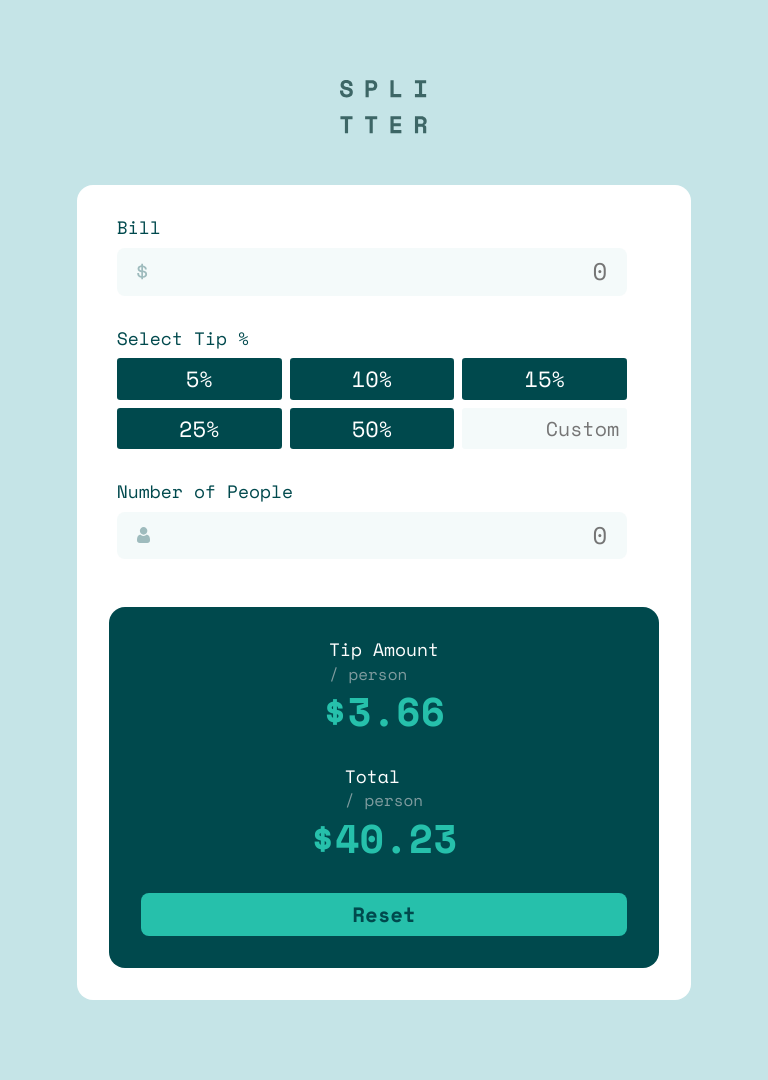
Repository: Jay-JYKim91/FM_tip-calculator
Page: index.html
An editor plug-in stored every save of this project. The page is shown before and after the next save, followed by the edit.
The browser window is 768 px wide. The pictures show the whole page.

Above is the page before, as saved 2021-12-23 13:12:59.

### index.html
<!DOCTYPE html>
<html lang="en">
<head>
  <meta charset="UTF-8">
  <meta name="viewport" content="width=device-width, initial-scale=1.0"> <!-- displays site properly based on user's device -->

  <link rel="icon" type="image/png" sizes="32x32" href="./images/favicon-32x32.png">

  <title>Tip calculator</title>
  <link rel="preconnect" href="https://fonts.googleapis.com">
  <link rel="preconnect" href="https://fonts.gstatic.com" crossorigin>
  <link href="https://fonts.googleapis.com/css2?family=Space+Mono:wght@400;700&display=swap" rel="stylesheet">
  <link rel="stylesheet" href="https://cdnjs.cloudflare.com/ajax/libs/normalize/8.0.1/normalize.min.css" integrity="sha512-NhSC1YmyruXifcj/KFRWoC561YpHpc5Jtzgvbuzx5VozKpWvQ+4nXhPdFgmx8xqexRcpAglTj9sIBWINXa8x5w==" crossorigin="anonymous" referrerpolicy="no-referrer" />
  <link rel="stylesheet" href="style.css">
  <script src="main.js" defer></script>

</head>
<body>
  <main class="container">
    <header>
      <img src="./images/logo.svg" alt="logo">
    </header>
    <section class="calculator_wrapper">
      <article class="input_wrapper">
        <div>
          <p class="title">Bill</p>
          <input type="tel" placeholder="0" class="input_box" id="billInput">
        </div>
        <div>
          <p class="title">Select Tip %</p>
          <div class="tip_options">
            <button class="tip_option">5%</button>
            <button class="tip_option">10%</button>
            <button class="tip_option">15%</button>
            <button class="tip_option">25%</button>
            <button class="tip_option">50%</button>
            <input type="tel" id="custom_tip" class="tip_option" placeholder="Custom" autocomplete="off">
          </div>
        </div>
        <div>
          <p class="title">Number of People</p>
          <input type="tel" placeholder="0" class="input_box" id="peopleInput">
          </div>
        </div>
      </article>
      <article class="result_wrapper">
        <div class="result_rows">
          <div class="result_row">
            <div class="result_title_wrapper">
              <p class="title">Tip Amount</p>
              <p class="subtitle">/ person</p>
            </div>
            <p id="tipAmountPrice" class="display_result">$3.66</p>
          </div>
          <div class="result_row">
            <div class="result_title_wrapper">
              <p class="title">Total</p>
              <p class="subtitle">/ person</p>
            </div>
            <p id="totalPrice" class="display_result">$40.23</p>
          </div>
        </div>
        <div>
          <button id="resetBtn">Reset</button>
        </div>
      </article>
    </section>
  </main>
</body>
</html>

### style.css
:root {
  --body-font: "Space Mono", monospace;

  --strong-cyan: hsl(172, 67%, 45%);
  --very-dark-cyan: hsl(183, 100%, 15%);
  --dark-grayish-cyan1: hsl(186, 14%, 43%);
  --dark-grayish-cyan2: hsl(184, 14%, 56%);
  --light-grayish-cyan1: hsl(185, 41%, 84%);
  --light-grayish-cyan2: hsl(189, 41%, 97%);
  --white: hsl(0, 0%, 100%);
}
body {
  background-color: var(--light-grayish-cyan1);
  font-family: var(--body-font);
}
.container {
  margin: 10vh auto;
  max-width: 900px;
  min-width: 796px;
}
header {
  text-align: center;
  margin: 3rem;
}
.calculator_wrapper {
  background-color: var(--white);
  display: flex;
  justify-content: space-between;
  padding: 2rem;
  border-radius: 1rem;
}
.input_wrapper {
  flex-basis: 50%;
  padding: 0 2em 0 0.5em;
}
.input_wrapper div {
  margin-bottom: 2rem;
}
.input_wrapper div:last-child {
  margin-bottom: 0;
}
.tip_options {
  display: grid;
  grid-template-columns: repeat(3, 1fr);
  grid-gap: 0.5em;
}
.tip_option {
  border: 2px solid transparent;
  background-color: var(--very-dark-cyan);
  color: var(--white);
  font-family: var(--body-font);
  padding: 6px;
  font-size: 22px;
  border-radius: 0.2rem;
  cursor: pointer;
  transition: all 0.1s ease-in-out;
}
.tip_option:hover {
  background-color: var(--light-grayish-cyan1);
  color: var(--very-dark-cyan);
}
.tip_option:focus {
  background-color: var(--strong-cyan);
  color: var(--very-dark-cyan);
}
#custom_tip {
  width: 100%;
  background-color: var(--light-grayish-cyan2);
  box-sizing: border-box;
  text-align: right;
  font-size: 20px;
  color: var(--strong-cyan);
  caret-color: var(--strong-cyan);
}
#custom_tip:focus {
  outline: none;
  border: var(--strong-cyan) 2px solid;
}
.title {
  margin: 0 0 10px 0;
  color: var(--very-dark-cyan);
  font-size: 18px;
}
.input_box {
  background-position: 20px 15px;
  background-repeat: no-repeat;
  text-align: right;
  font-size: 24px;
  border: none;
  background-color: var(--light-grayish-cyan2);
  text-align: right;
  color: var(--very-dark-cyan);
  caret-color: var(--strong-cyan);
  padding: 10px 20px;
  border-radius: 0.5rem;
  width: -webkit-fill-available;
}
#billInput {
  background-image: url("./images/icon-dollar.svg");
}

#peopleInput {
  background-image: url("./images/icon-person.svg");
}
.result_wrapper {
  background-color: var(--very-dark-cyan);
  flex-basis: 50%;
  border-radius: 1rem;
  padding: 2em;
  display: flex;
  flex-direction: column;
  justify-content: space-between;
}
.result_title_wrapper {
  flex-basis: 40%;
}
.result_title_wrapper p {
  margin: 0 0 0.3rem 0;
}
.result_wrapper .title {
  color: var(--white);
  /* margin: 0 0 10px 0; */
}
.subtitle {
  color: var(--dark-grayish-cyan2);
}
.result_row {
  display: flex;
  align-items: center;
  justify-content: space-between;
  margin-bottom: 2rem;
}
.display_result {
  flex-basis: 60%;
  text-align: right;
  color: var(--strong-cyan);
  font-weight: 600;
  font-size: 2.5rem;
  margin: 0;
}
#resetBtn {
  border: none;
  background-color: var(--strong-cyan);
  color: var(--very-dark-cyan);
  width: 100%;
  padding: 10px;
  font-weight: 600;
  font-size: 1.3rem;
  border-radius: 0.5rem;
  cursor: pointer;
  transition: all ease-in-out 0.1s;
}
#resetBtn:hover {
  background-color: var(--light-grayish-cyan1);
}
/* Tablet size */
@media (min-width: 769px) and (max-width: 1023px) {
  .container {
    width: 80vw;
    min-width: auto;
  }
  .calculator_wrapper {
    flex-direction: column;
  }
  .result_wrapper {
    margin-top: 3rem;
  }
}

/* Mobile size */
@media (max-width: 768px) {
  .container {
    width: 80vw;
    min-width: auto;
  }
  .calculator_wrapper {
    flex-direction: column;
  }
  .result_wrapper {
    margin-top: 3rem;
  }
  .result_row {
    flex-direction: column;
  }
}

Loaded but not shown: main.js (empty)

After the next save:
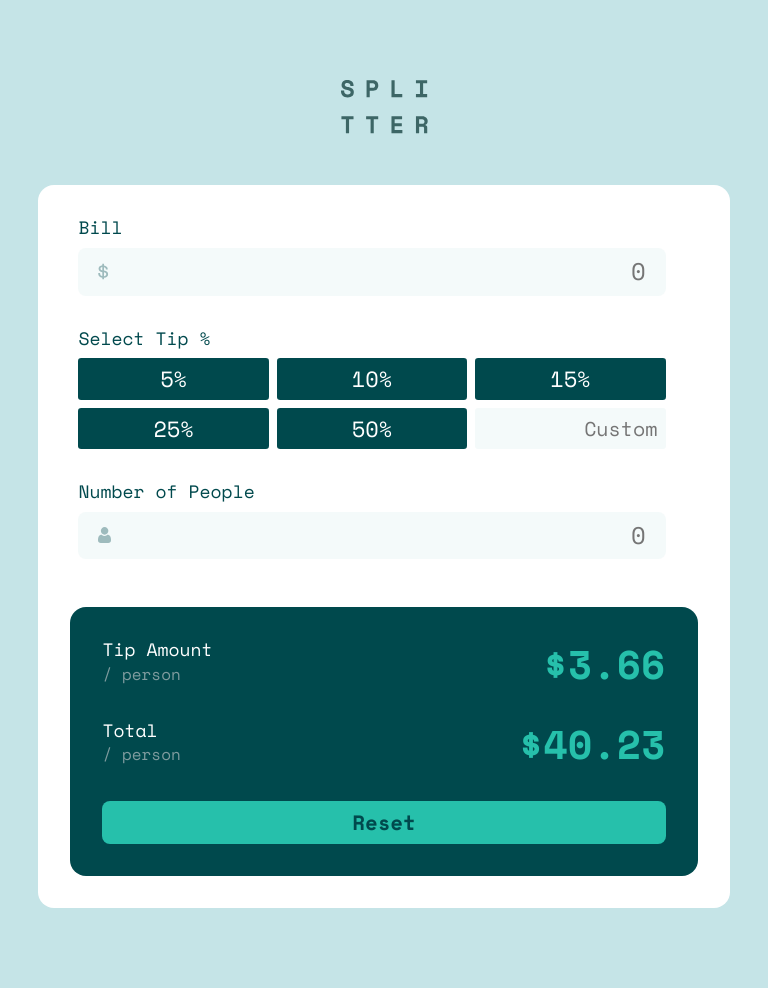
Saved 27 s later.
--- a/style.css
+++ b/style.css
@@ -170,7 +170,7 @@ header {
 /* Mobile size */
 @media (max-width: 768px) {
   .container {
-    width: 80vw;
+    width: 90vw;
     min-width: auto;
   }
   .calculator_wrapper {
@@ -180,6 +180,6 @@ header {
     margin-top: 3rem;
   }
   .result_row {
-    flex-direction: column;
+    /* flex-direction: column; */
   }
 }
